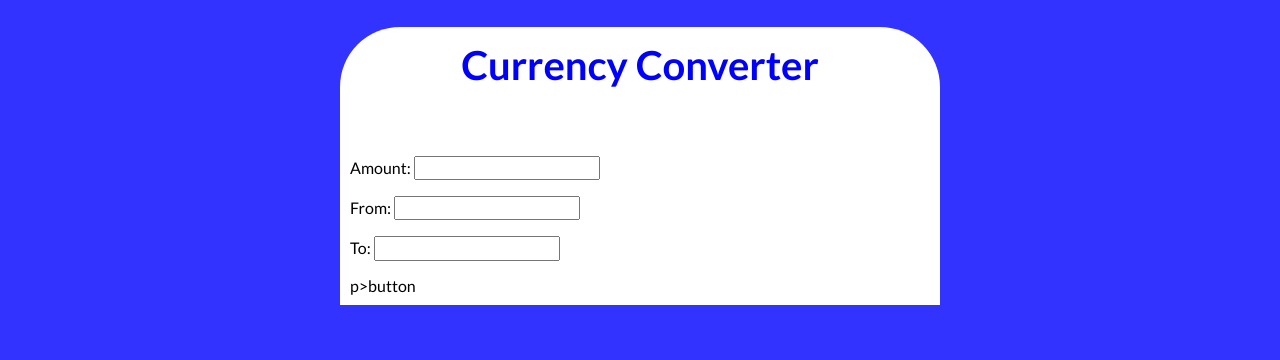
Repository: kkasperczyk/currency-converter
Page: index.html
An editor plug-in stored every save of this project. The page is shown before and after a run of saves, followed by the edit.
The browser window is 1280 px wide. The pictures show the whole page.

Above is the page before, as saved 2020-06-15 22:25:26.

After the next 3 saves:
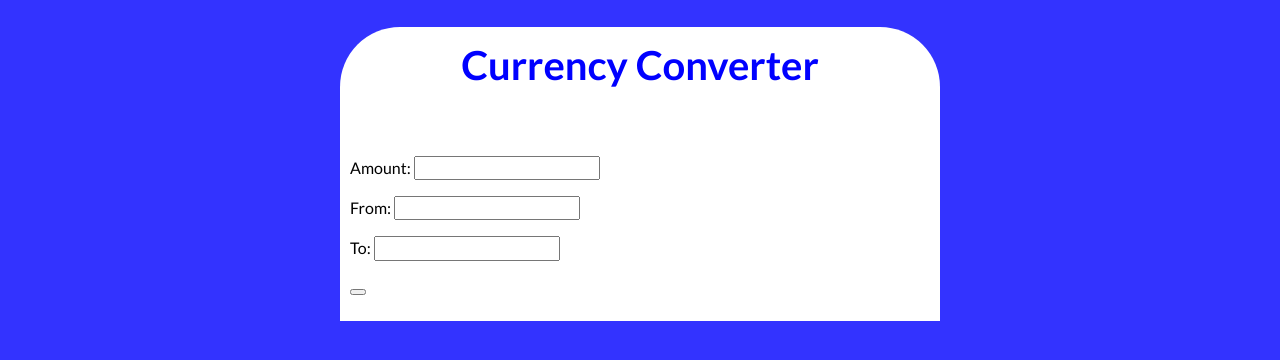
The 3 saves are shown as one change because they came seconds apart.
The last was saved 11 s later.
--- a/index.html
+++ b/index.html
@@ -11,7 +11,8 @@
     <link rel="stylesheet" href="css/header.css">
     <link rel="stylesheet" href="css/main.css">
     <script defer src="js/script.js"></script>
-    <link href="https://fonts.googleapis.com/css2?family=Lato:ital,wght@0,400;0,700;1,400&display=swap" rel="stylesheet">
+    <link href="https://fonts.googleapis.com/css2?family=Lato:ital,wght@0,400;0,700;1,400&display=swap"
+        rel="stylesheet">
     <title>Currency Converter</title>
 </head>
 
@@ -40,7 +41,8 @@
                         <input type="number" name="to-currency">
                     </label>
                 </p>
-                p>button
+                <p>
+                    <button type="submit"></button></p>
             </form>
         </main>
     </div>
